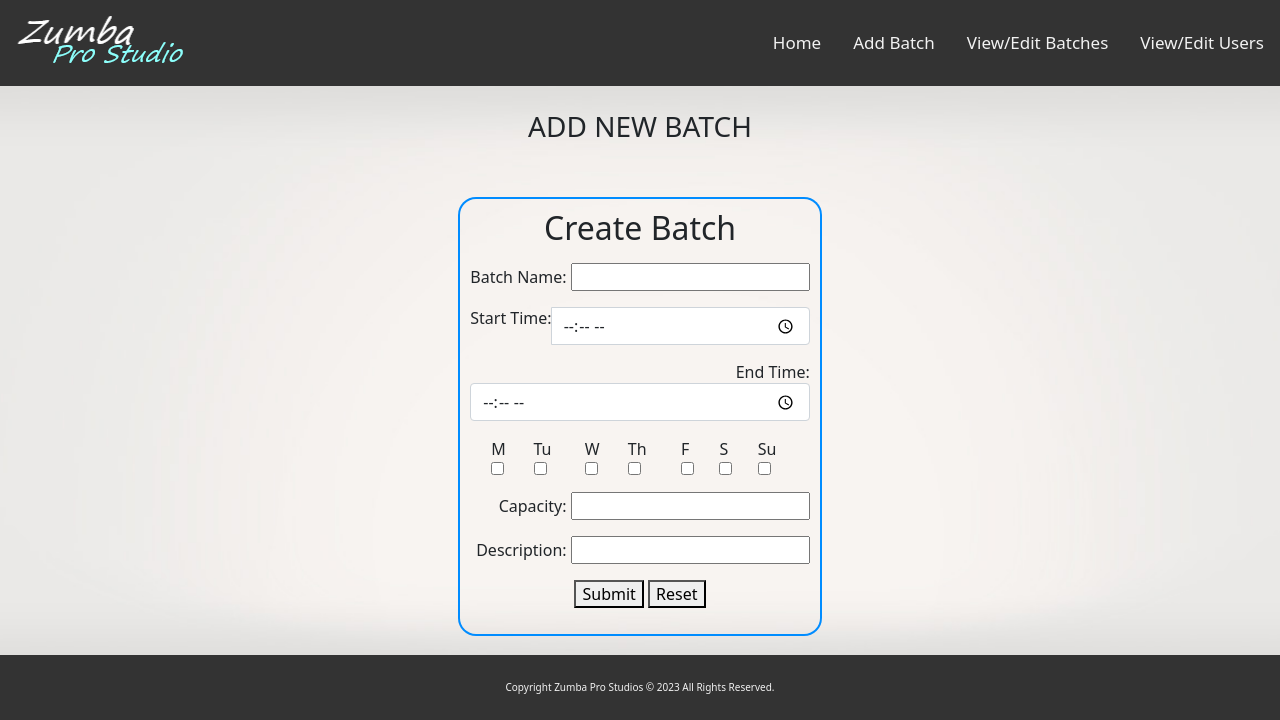
Repository: basemsamuel/Zumba
Page: http://localhost/ZumbaProStudio/addbatch.jsp
The author's editor kept a copy of each file at every save. The page is drawn from the files as they stood at one save, then again after the next save.
The browser window is 1280 px wide. The pictures show the whole page.
The page is served by Tomcat 10.

Above is the page before, as saved 2023-07-30 23:39:51.

After the next save:
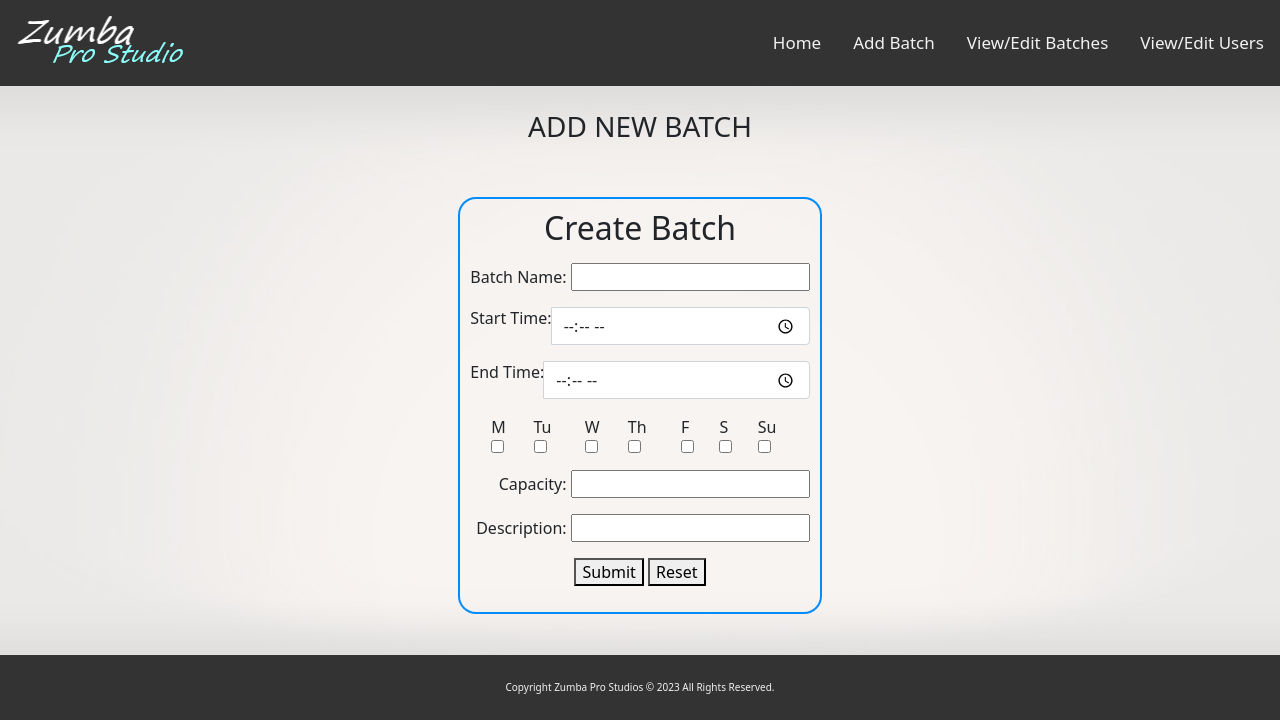
Saved 28 s later.
--- a/ZumbaProStudio/src/main/webapp/addbatch.jsp
+++ b/ZumbaProStudio/src/main/webapp/addbatch.jsp
@@ -26,7 +26,7 @@
 						    <div>
 						        <p>
 							        <div class='right input-group date'>
-							            <label for="startDate">Start Time:</label>
+							            <label for="stime">Start Time:</label>
 										<input id="startDate" class="form-control" type="time" id="stime" name="stime">
 							        </div>
 						        </p>
@@ -35,7 +35,7 @@
 
 						    <div>
 						        <p>
-							        <div class='right'>
+							        <div class='right input-group date'>
 							            <label for="etime">End Time:</label>
 							            <input id="startDate" class="form-control" type="time" id="etime" name="etime">
 							        </div>
